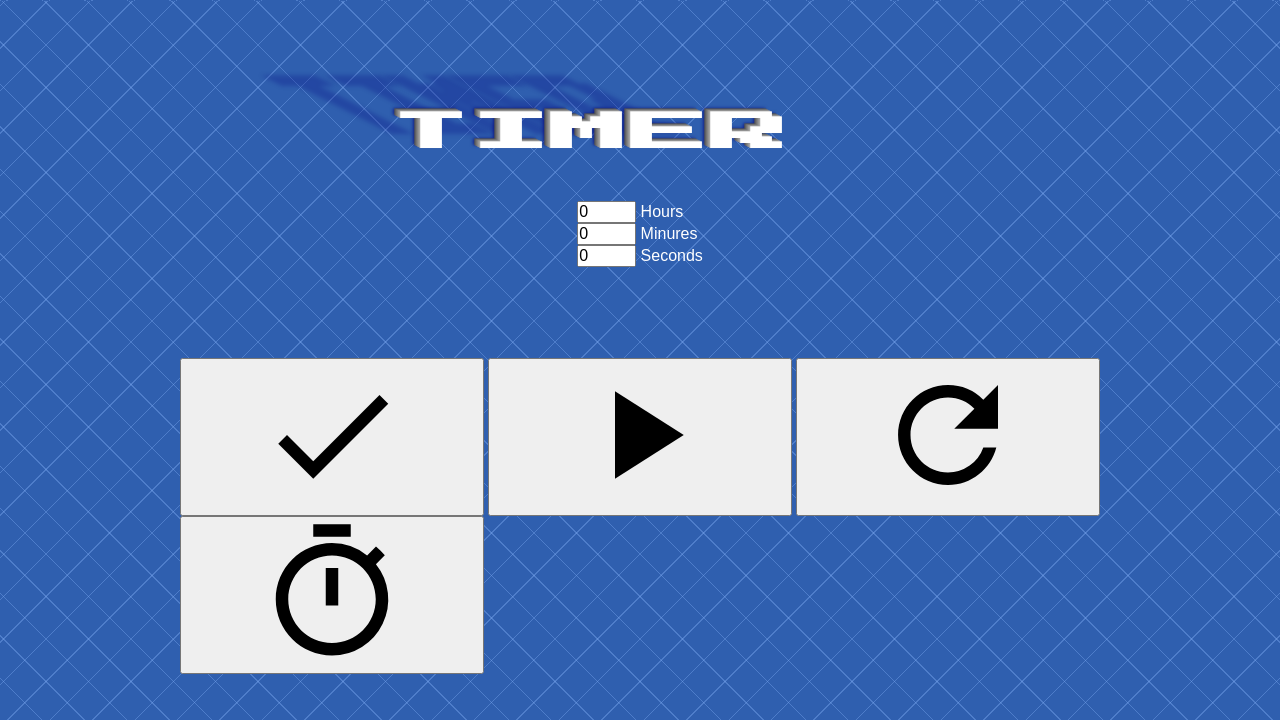
Repository: KrzysKolo/Projekt-12_Timer
Page: index.html
An editor plug-in stored every save of this project. The page is shown before and after the next save, followed by the edit.
The browser window is 1280 px wide. The pictures show the whole page.
Some web fonts or font styles are not loaded; a fallback is used.

Above is the page before, as saved 2020-06-24 21:51:07.

### index.html
<!DOCTYPE html>
<html lang="en">
  <head>
    <meta charset="UTF-8" />
    <meta name="viewport" content="width=device-width, initial-scale=1.0" />
    <title>Taimer</title>
    <link
      href="https://fonts.googleapis.com/css2?family=Aldrich&family=Press+Start+2P&display=swap"
      rel="stylesheet"
    />

    <link rel="stylesheet" href="./css/style.css" />
  </head>
  <body>
    <main class="timer">
      <header class="timer__header">
        <h1 class="timer__heading" data-text="TIMER">
          Timer
        </h1>
      </header>
      <article class="timer__clock">
        <!-- input hours-->
        <section class="clock">
          <input
            type="number"
            name="hours"
            id="hours"
            value="0"
            min="0"
            max="99"
            class="clock__input"
            data-timer-input__hours
          />
          <label for="hours" class="clock__label">Hours</label>
        </section>
        <!-- input minutes-->
        <section class="clock">
          <input
            type="number"
            name="minutes"
            id="minutes"
            value="0"
            min="0"
            max="59"
            class="clock__input"
            data-timer-input__minutes
          />
          <label for="minutes" class="clock__label">Minures</label>
        </section>
        <!-- input seconds -->
        <section class="clock">
          <input
            type="number"
            name="seconds"
            id="seconds"
            value="0"
            min="0"
            max="59"
            class="clock__input"
            data-timer-input__seconds
          />
          <label for="seconds" class="clock__label">Seconds</label>
        </section>
      </article>
      <article class="timer__buttons">
        <!-- button 1 -->
        <button class="button">
          <svg class="button__icon">
            <use xlink:href="./assets/icons/sprite.svg#done-24px"></use>
          </svg>
        </button>
        <!-- button 2 -->
        <button class="button">
          <svg class="button__icon">
            <use xlink:href="./assets/icons/sprite.svg#play_arrow-24px"></use>
          </svg>
        </button>
        <!-- button 3 -->
        <button class="button">
          <svg class="button__icon">
            <use xlink:href="./assets/icons/sprite.svg#refresh-24px"></use>
          </svg>
        </button>
        <!-- dźwięk -->
        <section class="timer__audio">
          <audio src="./assets/sounds/alarm.mp3" loop></audio>
          <button class="button">
            <svg class="button__icon button__icon--alarm">
              <use xlink:href="./assets/icons/sprite.svg#timer-24px"></use>
            </svg>
          </button>
        </section>
      </article>
    </main>
  </body>
</html>

### css/style.css
*,
*::before,
*::after {
  padding: 0;
  margin: 0;
  box-sizing: inherit;
  font-size: 16px;
}
body {
  box-sizing: border-box;
  color: #fff;
  font-family: "Aldrich", sans-serif;
  background-color: #2f5faf;
  background-position: 0 1px;

  background-image: -webkit-repeating-linear-gradient(
      deg,
      rgba(125, 170, 242, 0.4),
      rgba(125, 170, 242, 0.4) 1px,
      transparent 1px,
      transparent 30px
    ),
    -webkit-repeating-linear-gradient(90deg, rgba(125, 170, 242, 0.4), rgba(
            125,
            170,
            242,
            0.4
          )
          1px, transparent 1px, transparent 30px);
  background-image: repeating-linear-gradient(
      -45deg,
      rgba(125, 170, 242, 0.4),
      rgba(125, 170, 242, 0.4) 1px,
      transparent 1px,
      transparent 30px
    ),
    repeating-linear-gradient(
      45deg,
      rgba(125, 170, 242, 0.4),
      rgba(125, 170, 242, 0.4) 1px,
      transparent 1px,
      transparent 30px
    );
}
.timer {
  width: 100vw;
  height: 100vh;
  position: relative;

  display: flex;
  flex-direction: column;
  justify-content: space-around;
  align-items: flex-start;
  align-items: center;
}
.timer__header {
}

.timer__heading {
  font-family: "Press Start 2P", cursive;
  font-size: 4rem;
  text-transform: uppercase;
  position: relative;
  top: 50%;
  left: -50%;
  transform: calc(-50%, -50%);
  color: rgba(0, 0, 0, 0);

  transform: skew(63deg, 0deg);

  text-shadow: 0 0 3px rgba(0, 0, 128, 0.25);
  z-index: 50;
}
.timer__heading::after {
  content: attr(data-text);
  font-family: "Press Start 2P", cursive;
  font-size: 5rem;
  position: absolute;
  top: 15px;
  left: 25px;
  color: rgba(255, 255, 255, 1);

  transform: skew(-63deg) scale(1, 0.5);

  text-shadow: -1px -1px 1px #aaa, -2px -2px 1px #999, -3px -3px 1px #888,
    -4px -4px 1px #777, -5px -5px 1px #666, -6px -6px 1px #555,
    -7px -7px 5px rgba(0, 0, 128, 0.75);
  z-index: 100;
}

After the next save:
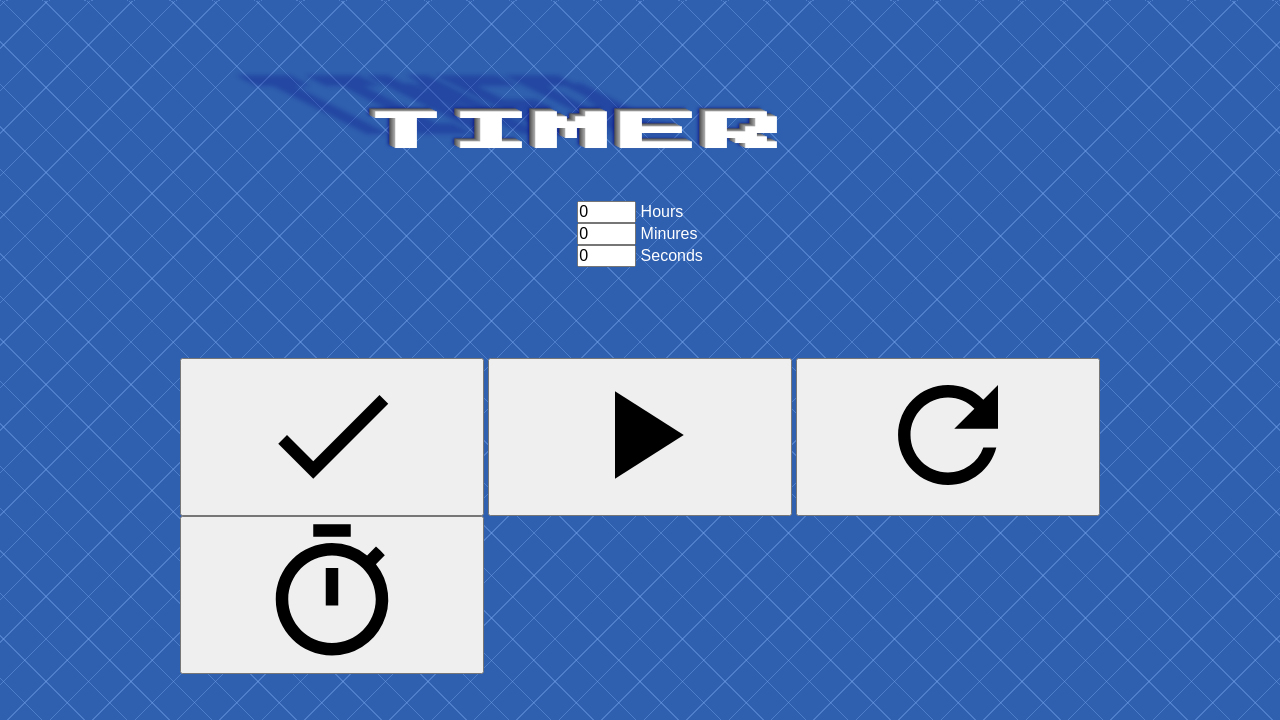
Saved 3 min 51 s later.
--- a/css/style.css
+++ b/css/style.css
@@ -67,7 +67,7 @@ body {
   color: rgba(0, 0, 0, 0);
 
   transform: skew(63deg, 0deg);
-
+  letter-spacing: 5px;
   text-shadow: 0 0 3px rgba(0, 0, 128, 0.25);
   z-index: 50;
 }
